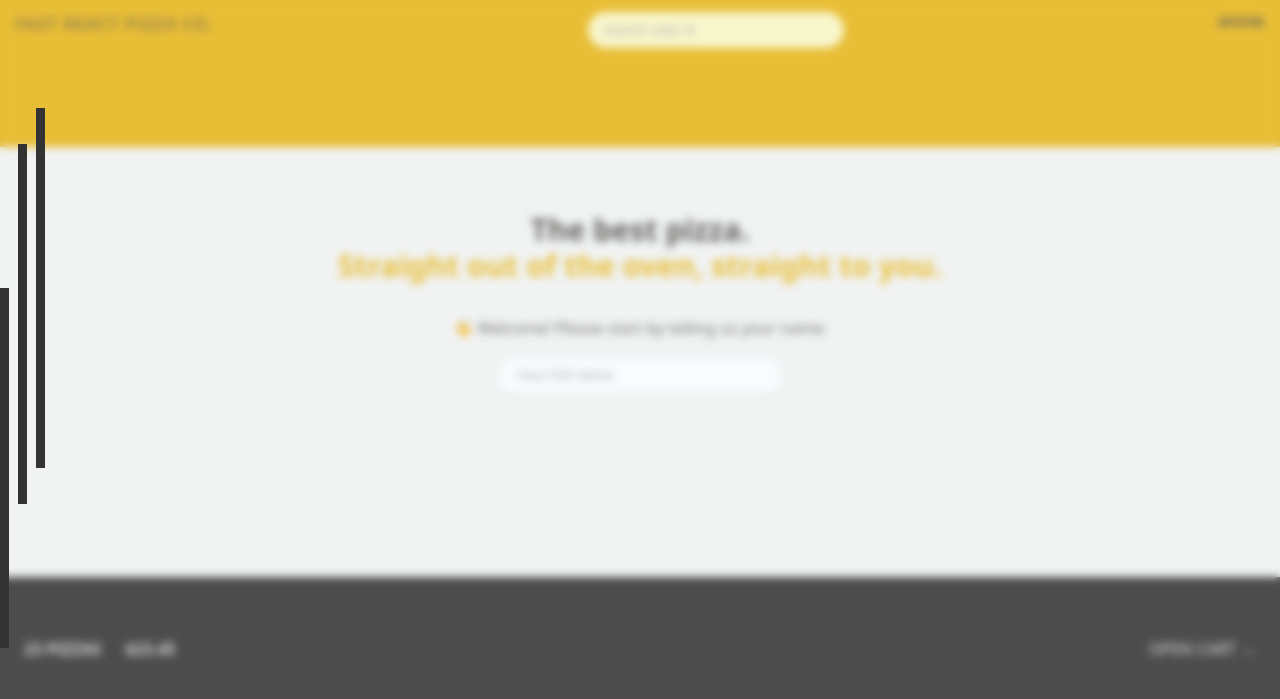
Repository: ayakhaled0001/pizza-delivery
Page: /
These files come from the project's save history. The page is drawn as it stood at one moment and after the next save; the edit follows.
The browser window is 1280 px wide. The pictures show the whole page.
The project was rebuilt for these pictures with package versions that can differ from the ones it lists, and the page was loaded fresh each time. Also part of the build but not shown: vite.config.js, src/ui/Button.jsx, src/services/apiRestaurant.jsx, src/utilities/helpers.jsx, src/features/menu/MenuItem.jsx, src/features/menu/Menu.jsx, src/ui/LinkButton.jsx, src/features/cart/Cart.jsx and 2 more. Imported but missing from the stored project, and not drawn on this page: src/features/order/CreateOrder.

Above is the page before, as saved 2025-05-01 05:04:03.

After the next save:
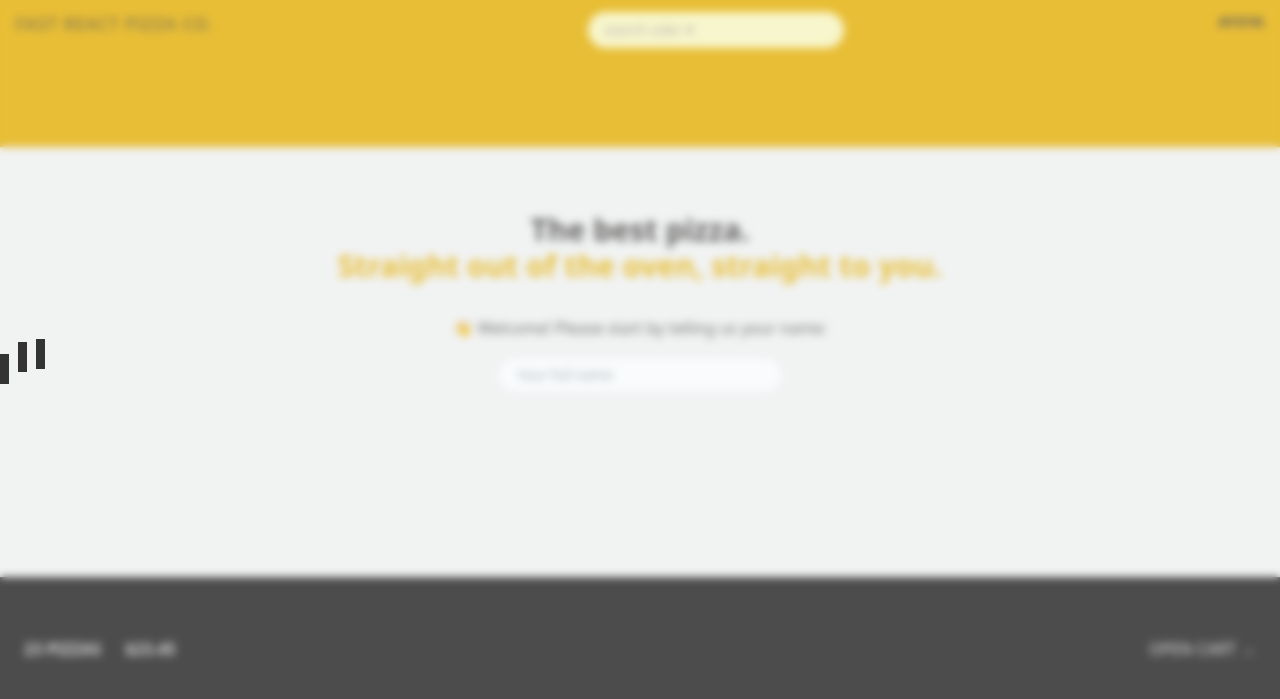
Saved 4 s later.
--- a/src/ui/Loader.jsx
+++ b/src/ui/Loader.jsx
@@ -1,6 +1,6 @@
 function Loader() {
   return (
-    <div className="absolute bg-slate-200/20 inset-0 backdrop-blur-sm flex items-cnter">
+    <div className="absolute bg-slate-200/20 inset-0 backdrop-blur-sm flex items-center">
       <div className="loader"></div>
     </div>
   );
